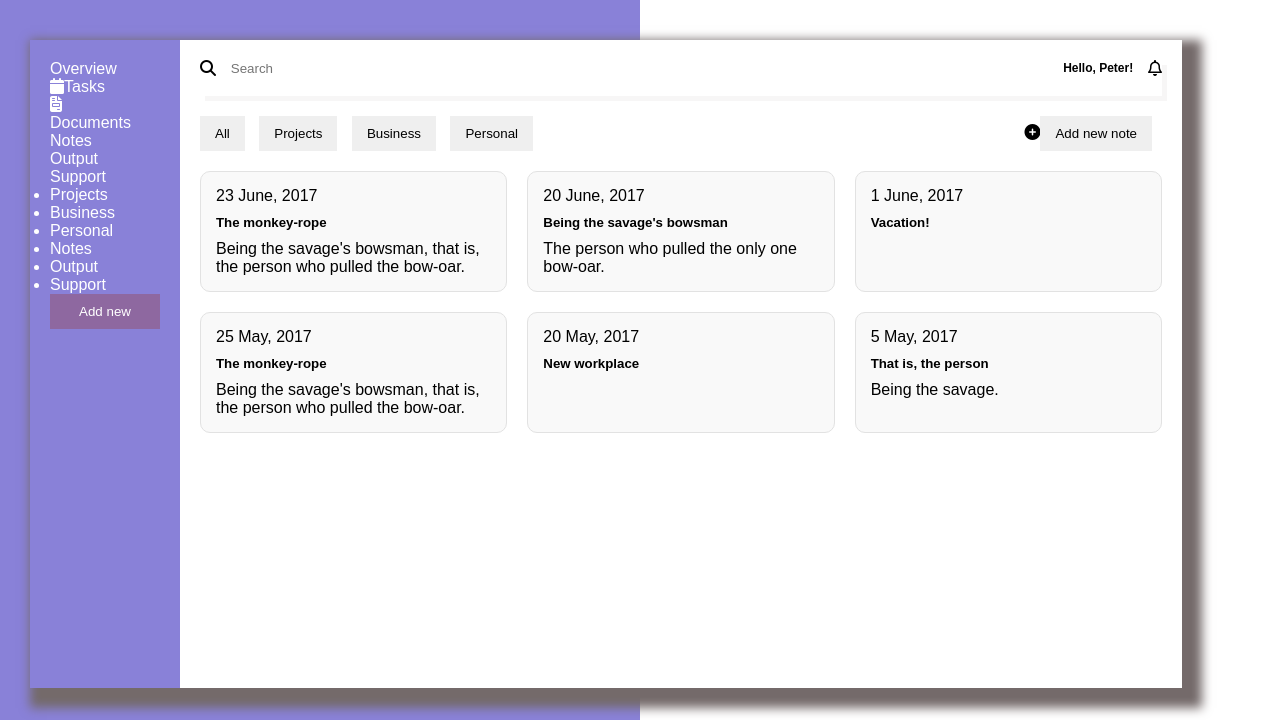
Repository: SatenikGabrielyan/HTML_CSS-_Assignment
Page: index.html
These files come from the project's save history. The page is drawn as it stood at one moment and after a run of saves; the edit follows.
The browser window is 1280 px wide. The pictures show the whole page.
Some web libraries are served in a nearby version.

Above is the page before, as saved 2025-03-17 23:39:13.

### index.html
<!DOCTYPE html>
<html lang="en">
  <head>
    <meta charset="UTF-8" />
    <meta name="viewport" content="width=device-width, initial-scale=1.0" />
    <title>Notes App</title>
    <link rel="stylesheet" href="./style.css" />
    <script src="https://kit.fontawesome.com/858d305f19.js" crossorigin="anonymous"></script>
</head>
  <body>
      <div class="cont">
          <div class="purp"></div>
          <div class="whit"></div>
      </div>
    <div class="container">
      <aside class="sidebar">
        <!-- <header class="circle">
            <i class="fa-regular fa-circle"></i>
        </header> -->
        <nav>
            <ul class="first">
                <li>Overview</li>
                <li> <i class="fa-solid fa-calendar"></i>Tasks</li>
                <i class="fa-solid fa-file-invoice"></i> <li>Documents</li>
                <li>Notes</li>
                <li>Output</li>
                <li>Support</li>
            </ul>
            <ul class="second">
                <li>Projects</li>
                <li>Business</li>
                <li>Personal</li>
                <li>Notes</li>
                <li>Output</li>
                <li>Support</li>
            </ul>
        </nav>
        <button class="add-new">Add new</button>
    </aside>

    <main class="main-content">
       <div class="header">
            <i class="fas fa-search"></i>  <input type="text" placeholder="Search">
            <h3>Hello, Peter!</h3> <i class="fa-regular fa-bell"></i>
    </div>
    <div class="proj">
        <div class="but">
        <div class="tabs">
            <button>All</button>
            <button>Projects</button>
            <button>Business</button>
            <button>Personal</button>
        </div>
        <div >
            <i class="fa-solid fa-circle-plus"></i><button class="add tabs">Add new note</button>
        </div>
    </div>
        <div class="notes-grid">
            <div class="note-card">
                <h4>23 June, 2017</h4>
                <h5>The monkey-rope</h5>
                <p>Being the savage's bowsman, that is, the person who pulled the bow-oar.</p>
            </div>
            <div class="note-card">
                <h4>20 June, 2017</h4>
                <h5>Being the savage's bowsman</h5>
                <p>The person who pulled the only one bow-oar.</p>
            </div>
            <div class="note-card">
                <h4>1 June, 2017</h4>
                <h5>Vacation!</h5>
            </div>
            <div class="note-card">
                <h4>25 May, 2017</h4>
                <h5>The monkey-rope</h5>
                <p>Being the savage's bowsman, that is, the person who pulled the bow-oar.</p>
            </div>
            <div class="note-card">
                <h4>20 May, 2017</h4>
                <h5>New workplace</h5>
            </div>
            <div class="note-card">
                <h4>5 May, 2017</h4>
                <h5>That is, the person</h5>
                <p>Being the savage.</p>
            </div>
        </div>
    </div>
    </main>

    </div>

  </body>
</html>

### style.css
/* CSS Variables for Colors */
:root {
    --bg-color: #fbfbfb;
    --primary-color: #8981d8;
    --secondary-color: #d0d0d0;
    --text-color: #858499;
    --highlight-color: #7f77cc;
    --hover-color: rgba(137, 129, 216, 0.5);
  }


  * {
    margin: 0;
    padding: 0;
    box-sizing: border-box;
  }

  body {
    font-family: Arial, sans-serif;
    /* background-color: var(--bg-color); */
    display: flex;
    height: 100vh;
  }
  .wrapper{
    position: relative;
  }

  .cont{
      display: flex;
      width: 100%;
      position: relative;
      z-index: -1;
      border-radius: 10px;
  }
.purp {
    width: 50%;
    background-color: var(--primary-color);
    flex-direction: row;
}
.whit {
    width: 50%;
    /* background-color: lightgray; */
    flex-direction: row;
}
  .container {
    display: flex;
    width: 90%;
    height: 90%;

    box-shadow: 10px 10px 10px 10px rgb(116, 106, 106);
    margin-left: 30px;
    margin-right: 30px;
    margin-top: 40px;
    margin-bottom: 80px;
    background: center;
    position: absolute;
    z-index: 2;
  }

   .sidebar {
    width: 150px;
    background-color: var(--primary-color);
    color: #fff;
    display: flex;
    flex-direction: column;
    padding: 20px;
  }

  .main-content li {
    float: left;
  }

  .main-content li a {
    display: block;
    color: white;
    text-align: center;
    padding: 14px 16px;
    text-decoration: none;
  }

  .main-content li a:hover:not(.active) {
    background-color: #111;
  }

  .sidebar-header h2 {
    margin-bottom: 20px;
  }

  .sidebar-list {
    list-style: none;
  }

  .sidebar-list li {
    margin: 15px 0;
    display: flex;
    align-items: center;
    cursor: pointer;
  }

  .sidebar-list li i {
    margin-right: 10px;
  }

  .main-content {
    background-color: white;
    /* width: 200px; */
    flex-grow: 1;
    flex: 1;
    /* padding-top: 20px; */
     padding: 20px;
    /* overflow-y: auto;  */
  }

   /* header {
    display: flex;
    justify-content: space-between;
    align-items: center;
    margin-bottom: 20px;
  } */

  /*
  .header-left p {
    font-size: 1.2em;
    color: var(--text-color);
  }

  .header-right {
    display: flex;
    align-items: center;
  }

  .header-right i {
    margin-right: 20px;
    cursor: pointer;
  }

  .add-note-btn {
    background-color: var(--primary-color);
    color: #fff;
    border: none;
    padding: 10px 20px;
    cursor: pointer;
    display: flex;
    align-items: center;
  }

  .add-note-btn i {
    margin-right: 10px;
  }


  .notes-grid {
    display: grid;
    grid-template-columns: repeat(auto-fill, minmax(300px, 1fr));
    gap: 20px;
  }

  .note-item {
    background-color: #fff;
    border-radius: 8px;
    box-shadow: 0 2px 4px rgba(0, 0, 0, 0.1);
    overflow: hidden;
    display: flex;
    flex-direction: column;
    padding: 20px;
  }

  .note-item img {
    width: 100%;
    height: auto;
    border-radius: 8px;
    margin-bottom: 15px;
  }

  .note-item p {
    color: var(--text-color);
    font-size: 1em;
    line-height: 1.5;
  }


  .sidebar-list li:hover {
    background-color: var(--highlight-color);
    transition: background-color 0.3s ease;
  }


  @media (max-width: 768px) {
    .container {
      flex-direction: column;
    }

    .sidebar {
      width: 100%;
      flex-direction: row;
      justify-content: space-around;
      padding: 10px;
    }

    .sidebar-list {
      display: flex;
      flex-direction: row;
      gap: 15px;
    }

    .sidebar-list li {
      margin: 0;
    }

    .main-content {
      padding: 10px;
    }

    header {
      flex-direction: column;
      align-items: flex-start;
    }

    .header-right {
      margin-top: 10px;
    }

    .notes-grid {
      grid-template-columns: 1fr;
    }

    .note-item {
      padding: 10px;
    }

    .note-item img {
      margin-bottom: 10px;
    }
  } */
  /* .sidebar {
    background-color: #5e4b9a;
    color: white;
    width: 300px;
    padding: 20px;
} */

/* .sidebar header {
    font-size: 24px;
}

.sidebar nav ul {
    list-style: none;
    padding: 0;
}

.sidebar nav ul li {
    margin: 15px 0;
} */

.add-new {
    background-color: #8e68a0;
    color: white;
    border: none;
    padding: 10px;
    cursor: pointer;
}

.header {
    display: flex;
    width: 100%;
    justify-content: space-between;
    align-items: center;
    background-color: white;
    box-shadow: 5px  5px rgb(247, 246, 246);
    padding-bottom: 20px;
}

.header input {
    border: none;
    margin: 0;
    width: 85%;
}

.header h3 {
    margin: 0;
    font-size: 12px;
}

.tabs {
    margin: 20px 0;
}

.tabs button {
    margin-right: 10px;
    padding: 10px 15px;
    border: none;
    /* background-color: #e2e2e2; */
    cursor: pointer;
}
.tabs :hover {
    background-color: var(--highlight-color);
    transition: background-color 0.3s ease;
  }
.first {
    list-style-type: none;
}
.notes-grid {
    display: grid;
    grid-template-columns: repeat(auto-fill, minmax(240px, 1fr));
    gap: 20px;
}
.but{
    display: flex;
    flex-direction: row;
    justify-content: space-between;
}
.add {
    margin-right: 10px;
    padding: 10px 15px;
    border: none;
    cursor: pointer;
}

.note-card {
    border: 1px solid #e2e2e2;
    border-radius: 10px;
    padding: 15px;
    background-color: #f9f9f9;
}

.note-card h4 {
    margin: 0;
    font-weight: normal;
}

.note-card h5 {
    margin: 10px 0;
}

After the next 2 saves:
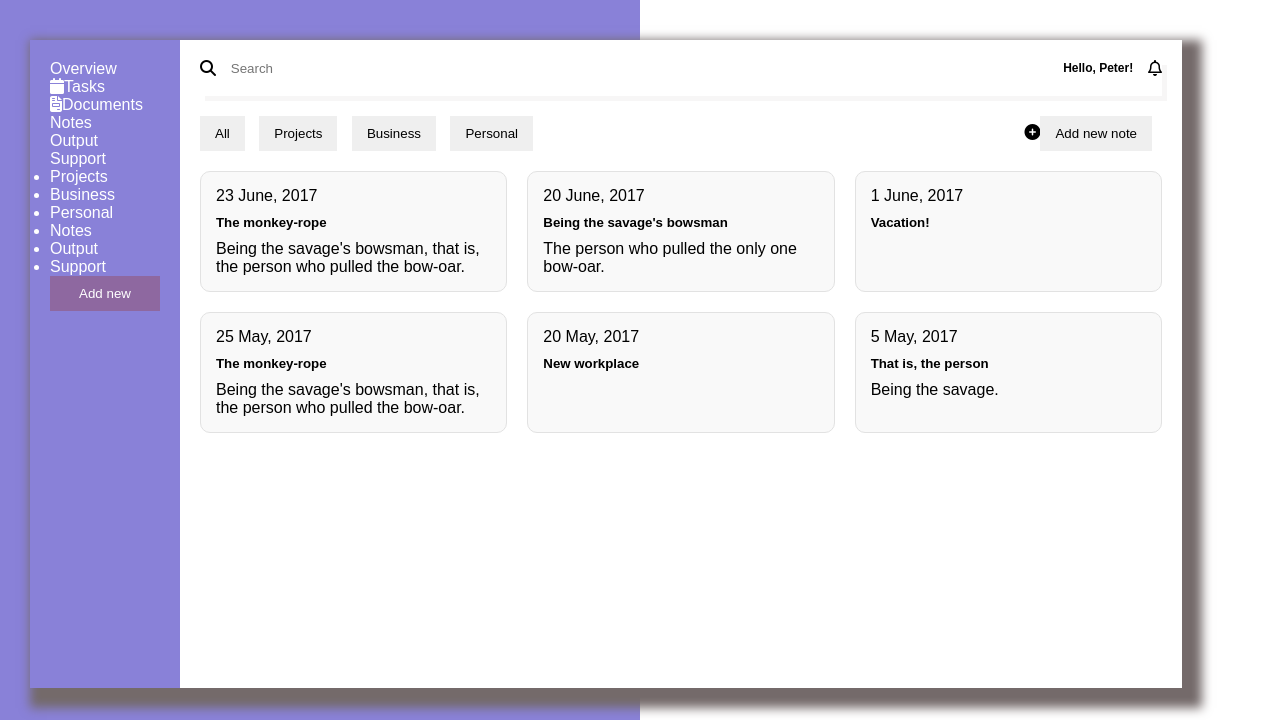
The 2 saves are shown as one change because they came seconds apart.
The last was saved 16 s later.
--- a/index.html
+++ b/index.html
@@ -21,7 +21,7 @@
             <ul class="first">
                 <li>Overview</li>
                 <li> <i class="fa-solid fa-calendar"></i>Tasks</li>
-                <i class="fa-solid fa-file-invoice"></i> <li>Documents</li>
+                <li><i class="fa-solid fa-file-invoice"></i>Documents</li>
                 <li>Notes</li>
                 <li>Output</li>
                 <li>Support</li>
